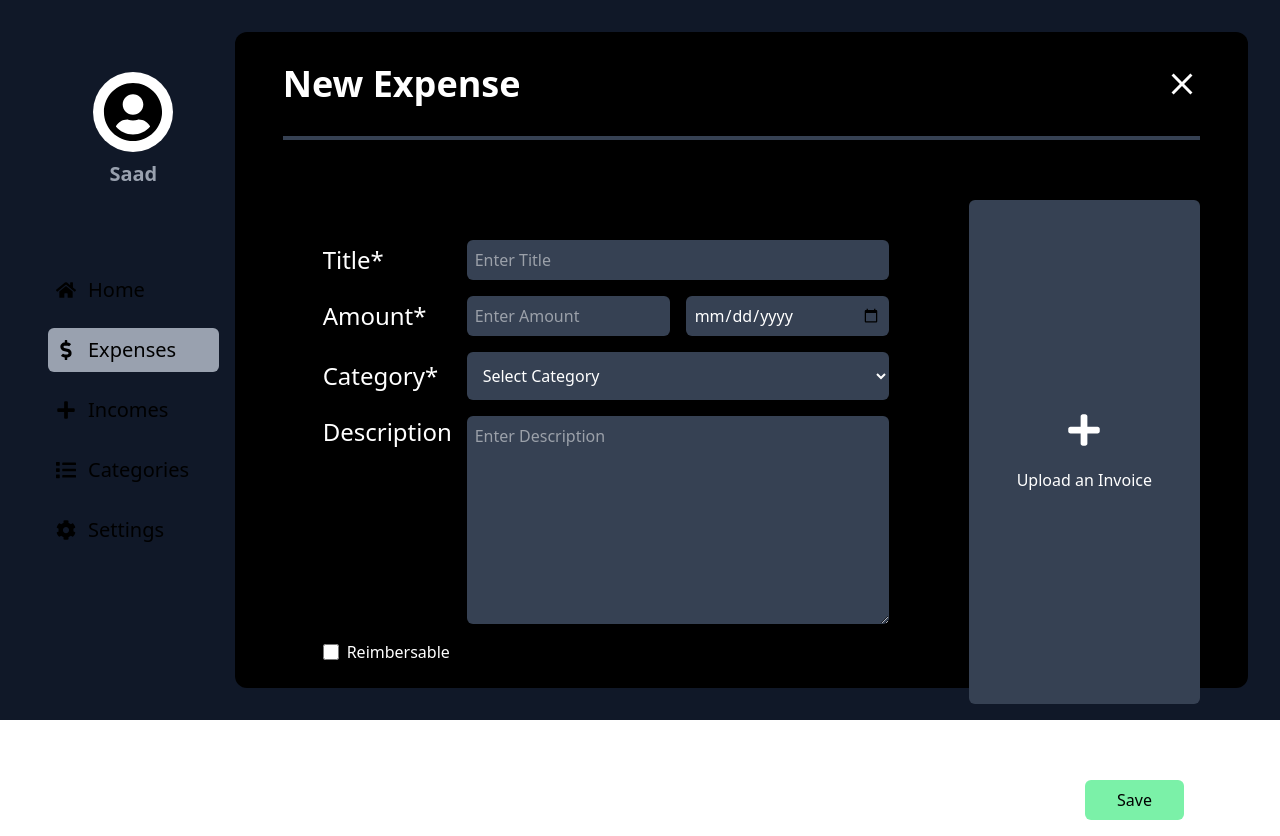
Repository: saad-naveed-brainx/Expense
Page: /expenses
These files come from the project's save history. The page is drawn as it stood at one moment and after a run of saves; the edit follows.
The browser window is 1280 px wide. The pictures show the whole page.
The project was rebuilt for these pictures with package versions that can differ from the ones it lists, and the page was loaded fresh each time. Also part of the build but not shown: vite.config.js, src/components/LandingPage.jsx, src/components/NotUsed.jsx.

Above is the page before, as saved 2025-09-04 17:42:05.

After the next 2 saves:
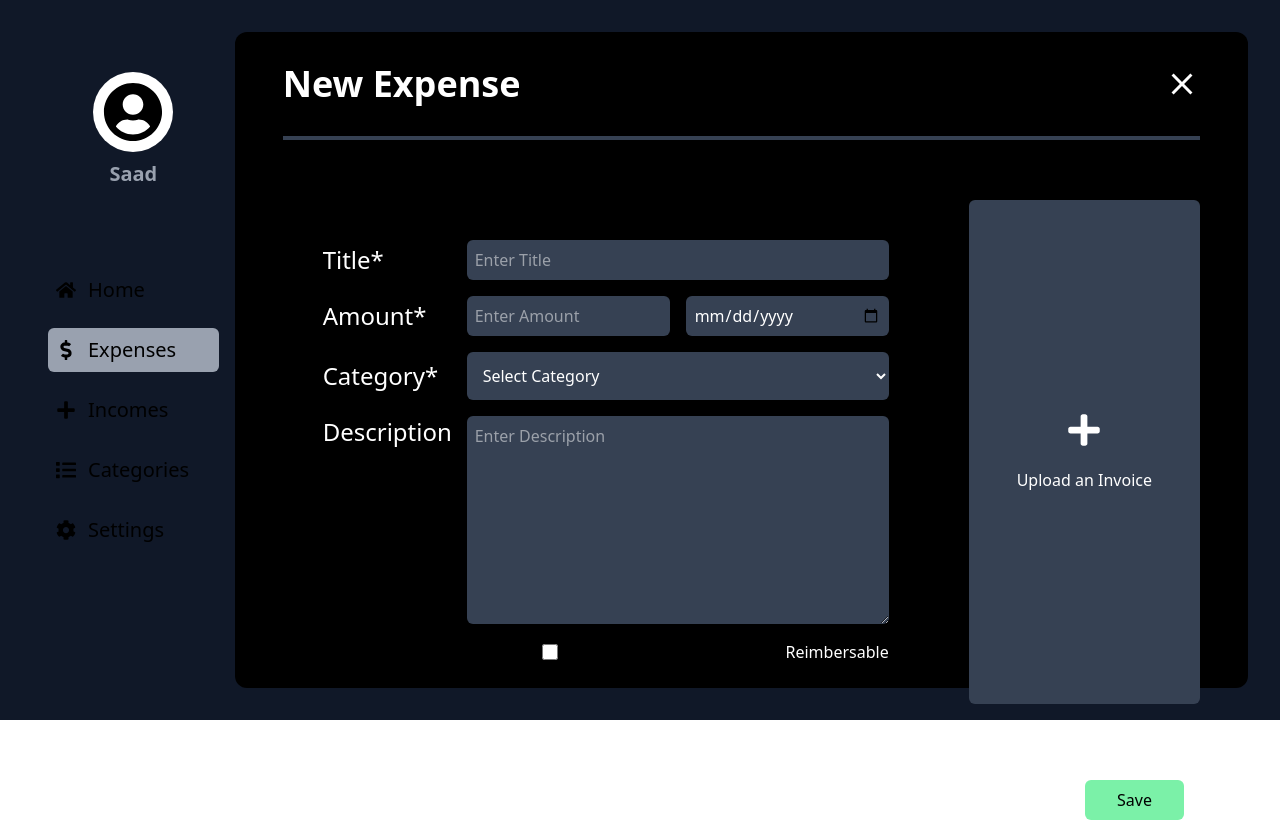
The 2 saves are shown as one change because they came seconds apart.
The last was saved 10 s later.
--- a/src/components/Expenses.jsx
+++ b/src/components/Expenses.jsx
@@ -58,8 +58,8 @@ export default function Expenses() {
               <h1 className='text-2xl w-32 shrink-0'>Description</h1>
               <textarea rows="8" type="text" placeholder='Enter Description' className='bg-gray-700 rounded-md p-2 flex-1 min-w-0' {...register("description")} />
             </div>
-            <div className='flex gap-2 items-center flex-1 min-w-0'>
-              <input type="checkbox" name="reimbersable" id="reimbersable" className='w-4 h-4' {...register("reimbersable")} />
+            <div className='flex gap-2 items-center '>
+              <input type="checkbox" name="reimbersable" id="reimbersable" className='w-4 h-4 flex-1 min-w-0' {...register("reimbersable")} />
               <label htmlFor="reimbersable">Reimbersable</label>
             </div>
           </form>
